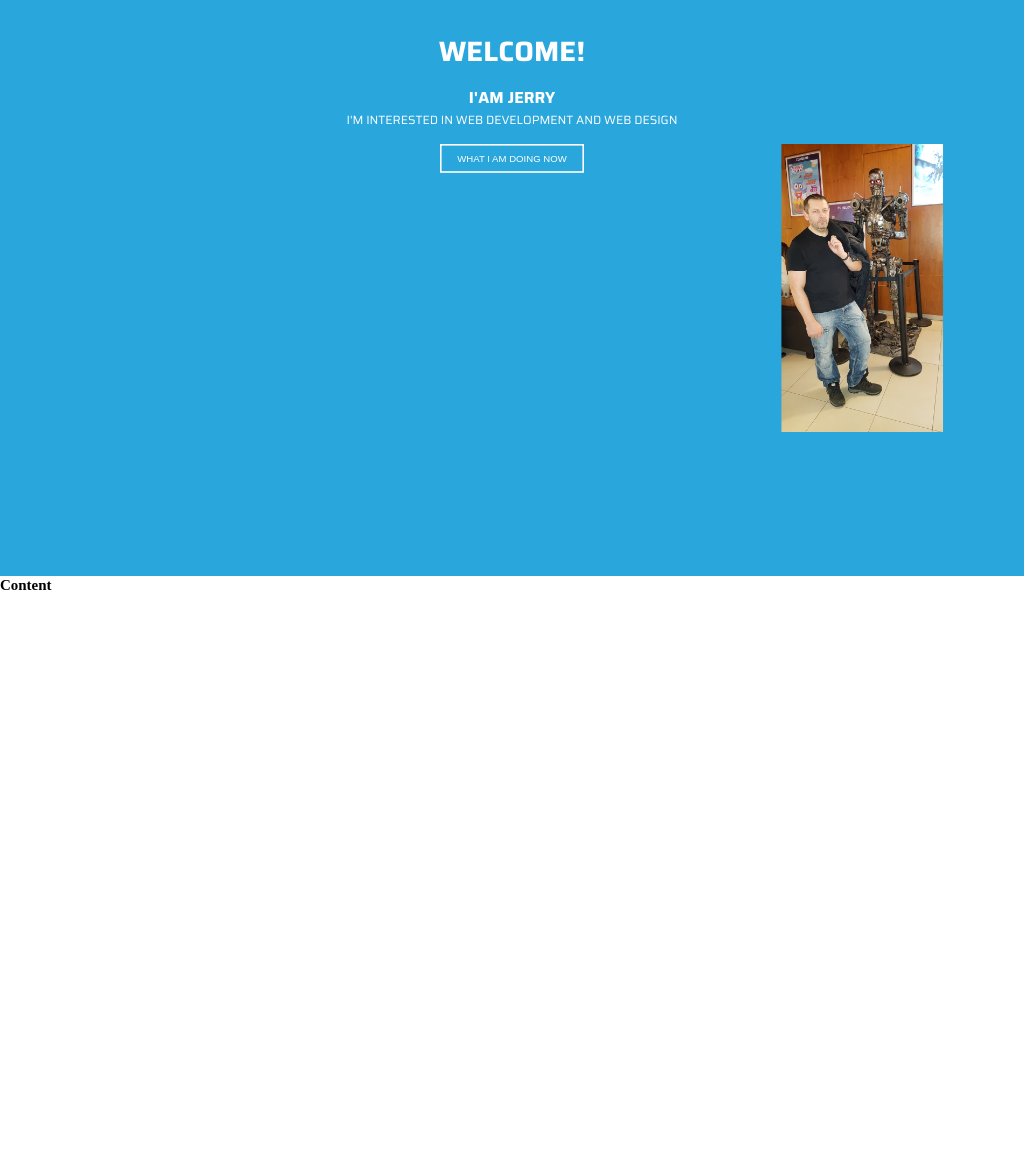
Repository: navanweb/dev
Page: jerry.html
These files come from the project's save history. The page is drawn as it stood at one moment and after the next save; the edit follows.
The browser window is 1280 px wide. The pictures show the whole page, at 80% of full size.

Above is the page before, as saved 2019-04-06 19:31:46.

After the next save:
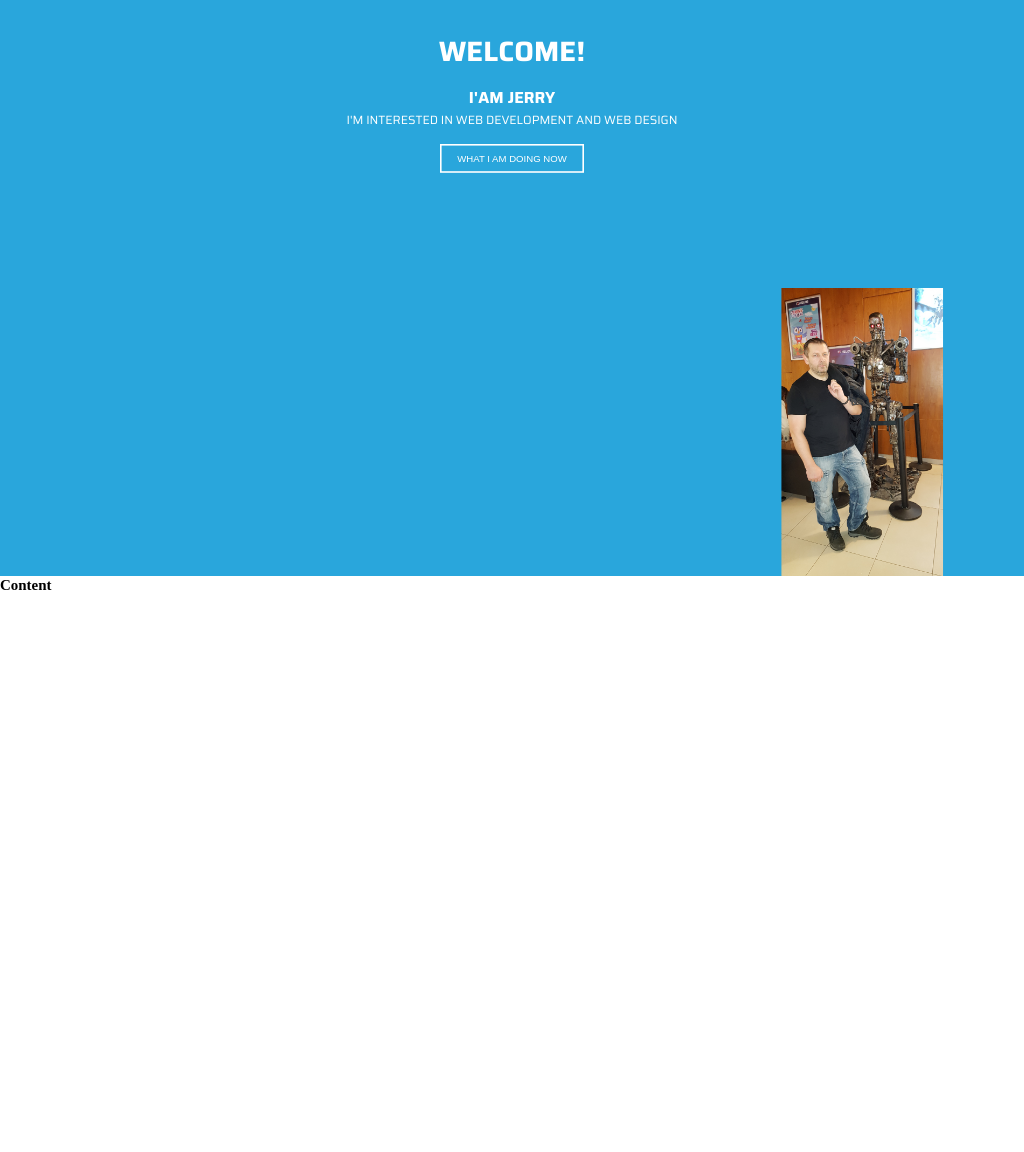
Saved 29 s later.
--- a/css/jerry.css
+++ b/css/jerry.css
@@ -23,7 +23,7 @@ header img {
     height: 50%;
     bottom: 0;
     right: 0;
-    transform: translate(-50%, -50%);
+    transform: translateX(-50%);
 }
 
 header .welcome {
